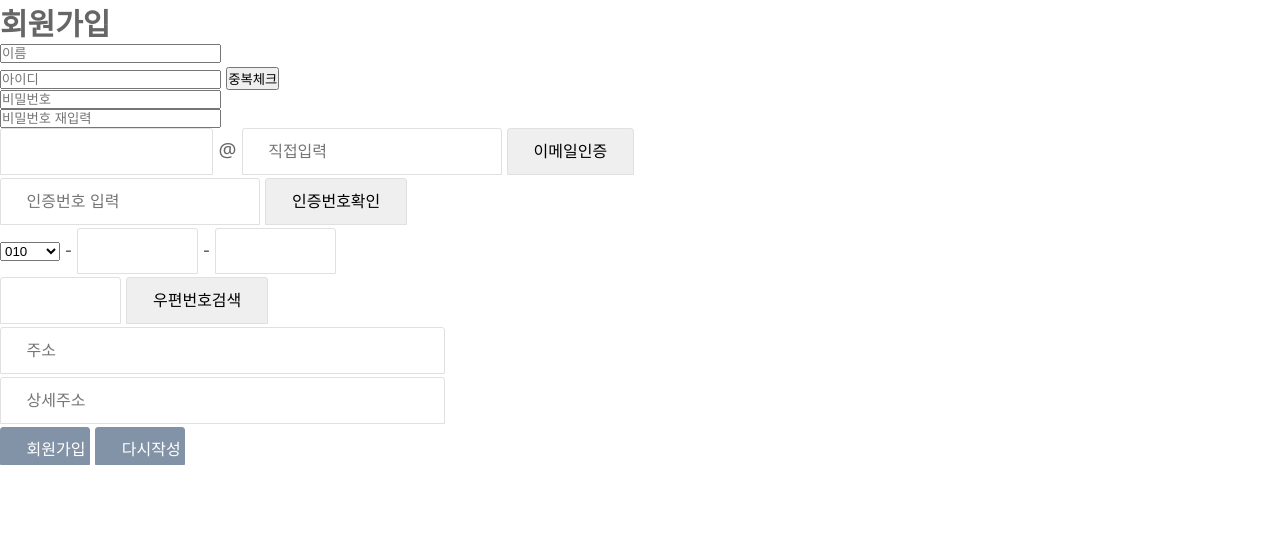
Repository: keepsus/gaebokchi
Page: http://localhost/uzuslime/member/memberWriteForm.jsp
The author's editor kept a copy of each file at every save. The page is drawn from the files as they stood at one save, then again after the next save.
The browser window is 1280 px wide. The pictures show the whole page.
Some web fonts or font styles are not loaded; a fallback is used. The page is served by Tomcat 9. Nobody is signed in. The application's start-up code is not run. Other server files are loaded and not shown.

Above is the page before, as saved 2021-01-31 02:43:45.

### uzuslime/src/main/webapp/member/memberWriteForm.jsp
<%@ page language="java" contentType="text/html; charset=UTF-8"
    pageEncoding="UTF-8"%>

<head>
    <meta charset="UTF-8">
    <meta name="viewport" content="width=device-width, initial-scale=1.0">
    <link rel="stylesheet" href="/slime/css/memberWriteForm.css">
    <link rel="preconnect" href="https://fonts.gstatic.com">
    <link href="https://fonts.googleapis.com/css2?family=Raleway:ital,wght@0,200;0,300;0,400;0,500;1,300;1,400&display=swap" rel="stylesheet">
    <title>Document</title>
</head>

<form name="memberWriteForm" method="post" action="/slime/member/write" class="writeForm">
	<div class="signUp-header">
	    <h2 class="signUp-header">회원가입</h2>
	</div>
	<article class="signUp-main">
	    <div class="signUp-name-form">
	        <input type="text" class="sign-name" id="signName" name="member_name" size="25" placeholder="이름">
	        <div id="nameDiv"></div>
	    </div>


	    <div class="signUp-id-form">
	        <input type="text" class="member_id" id="member_id" size="25" placeholder="아이디">
	        <input type="button" class="check-Btn" value="중복체크" id="checkBtn"><br>
	        <input type="hidden" id="check" value="">
	      <div id="idDiv"></div>

	    </div>


	    <div class="signUp-pwd-form">
	        <input type="password" class="sign-pwd" id="signPwd" name="member_pw" size="25" placeholder="비밀번호">
	        <div id="pwdDiv"></div>
	    </div>


	    <div class="signUp-rePwd-form">
	        <input type="password" class="sign-repwd" id="signRePwd" name="repw" size="25" placeholder="비밀번호 재입력">
	        <div id="repwdDiv"></div>
	    </div>


	    <div class="signUp-email-form">
	        <input type="text" class="sign-email1" name="email1" size="15">
	        @
	        <input type="email" class="sign-email2" name="email2" list="email2" placeholder="직접입력">
	        <datalist id="email2">
	            <option value="gmail.com">
	            <option value="naver.com">
	            <option value="hanmail.net">
	        </datalist>
	        <input type="button" class="email-Btn" value="이메일인증" id="emailBtn"><br>
	         <input type="text" class="check-email" name="check-email" placeholder="인증번호 입력">
	        <input type="button" class="email-check-Btn" value="인증번호확인" id="emailCheckBtn"><br>
	    </div>


	    <div class="signUp-phone-form">
	        <select name="tel1" class="sign-tel1" style="width: 60px;">
	            <option value="010">010
	            <option value="011">011
	            <option value="019">019
	        </select>
	         -
	         <input type="text" class="sign-tel2" name="tel2" size="5">
	         -
	         <input type="text" class="sign-tel3" name="tel3" size="5">
	    </div>


	    <div class="signUp-address-form">
	        <input type="text" class="sign-post" id="postcode" name="zipcode" size="5" readonly>
	        <input type="button" class="check-Post-Btn" value="우편번호검색" id="checkPostBtn"><br>
	        <input type="text" class="sign-address" id="address" name="addr1" size="40"  readonly placeholder="주소"><br>
	        <input type="text" class="sign-detail" id="detailAddress" name="addr2" size="40" placeholder="상세주소">
	    </div>


	    <div class="signUp-btn-box">
	        <input type="button" id="writeBtn" value="회원가입">
	        <input type="reset" value="다시작성">
	    </div>
	</article>

</form>
<script type="text/javascript" src="https://code.jquery.com/jquery-3.5.1.min.js"></script>	<!-- 위아래 순서가 바뀌면 안된다 -->
<script type="text/javascript" src="/slime/js/member.js?ver=1"></script>	<!-- 위아래 순서가 바뀌면 안된다 -->

### uzuslime/src/main/webapp/css/memberWriteForm.css
@charset "UTF-8";
* {
    margin: 0px;
    padding: 0px;
    box-sizing: border-box;
}

html {
    background-color: #fff;
    color: rgba(85, 85, 85, 0.897);
    font-family: 'Raleway','Noto Sans Korean','Apple SD Gothic Neo', 'Malgun Gothic','Nanum Gothic', 'Noto Sans','sans-serif';
    font-weight: 300px;
    font-size: 20px;
    text-rendering: optimizeLegibility;
    /* 반응형 웹사이트를 만드려고 기준으로 두었다. 폰트사이즈를 20px을 기본으로 주면 다른 태그에서 %를 사용해서 변경해주면
    폰트 사이즈를 바꿔줄때마다 웹사이트의 폰트 사이즈가 자동으로 바뀔 것이다. */
}

.modal-header{
	margin-botton: 8%;

}

.memberSignUpForm{
	text-align: center;
}

.input-text input{
    width: 70%;
    padding: 1% 2%;
    line-height: 1.2;
    border-radius: 3px 3px 0 0;
    border: 1px solid #e0e0e0;
    font-size: 80%;
    margin-bottom: 3px;
}

.emailBtn,.emailCheckBtn,.checkPostBtn{
    background-color: #fff;
    color: rgba(85, 85, 85, 0.897);
    border: 1px solid #e0e0e0;
    text-decoration: none;
    cursor: pointer;
    border-radius: 3px 3px 0 0;
}

.emailBtn,.emailCheckBtn,.checkPostBtn,.writeBtn:hover{
    transition: 0.4s;
    background-color: rgba(78, 76, 76, 0.678);
    color: white;
}

.signUp-email-form input {
	padding: 1% 2%;
    line-height: 1.2;
    border-radius: 3px 3px 0 0;
    border: 1px solid #e0e0e0;
    font-size: 80%;
    margin-bottom: 3px;
}

.signUp-phone-form input {
	padding: 1% 2%;
    line-height: 1.2;
    border-radius: 3px 3px 0 0;
    border: 1px solid #e0e0e0;
    font-size: 80%;
    margin-bottom: 3px;
}

.signUp-address-form input {
	padding: 1% 2%;
    line-height: 1.2;
    border-radius: 3px 3px 0 0;
    border: 1px solid #e0e0e0;
    font-size: 80%;
    margin-bottom: 3px;
}

.signUp-btn-box input{
	padding: 1% 2%;
    line-height: 1.2;
    border-radius: 3px 3px 0 0;
    border: 1px solid #8393a7;
    background-color: #8393a7;
    font-size: 80%;
    color :white;
    margin-bottom: 3px;
    width: 90px;
    height:38px;
    cursor:pointer;
}

### uzuslime/src/main/webapp/js/member.js
//로그인
$('#loginBtn').click(function(){
	$('#loginIdDiv').empty();
	$('#loginPwdDiv').empty();

	if($('#loginId').val()==''){
		$('#loginIdDiv').text('아이디를 입력')
						.css('color','red')
						.css('font-size','8pt')
						.css('font-weight','bold');

	}else if($('#loginPwd').val()==''){
		$('#loginPwdDiv').text('비밀번호를 입력')
						 .css('color','red')
						 .css('font-size','8pt')
						 .css('font-weight','bold');
	}else{
		$.ajax({
			type : 'post',
			url: '/slime/member/login',
			data: {'member_id': $('#loginId').val(), 'pwpwpw': $('#loginPwd').val()},

			dataType: 'text',
			success: function(data){
				if(data == 'success'){
					location.href = '/slime/index.jsp';

				}else if(data == 'fail'){

					alert('잘못된 정보입니다. 다시 입력해주세요.');
				}
			},//success
			error: function(err){
				console.log(err);
			}//error

		});//ajax
	}//else
});//click

//회원가입
$('#writeBtn').click(function(){
	$('#nameDiv').empty();
	$('#idDiv').empty();
	$('#pwdDiv').empty();
	$('#repwdDiv').empty();
	$('#emailDiv').empty();
	var idReg = /^[A-za-z0-9]/g;
	//아이디 한글못넣게 하는 것
	//[영문 대문자 또는 소문자로 시작하는 아이디, 끝날때 제한 없음]

	//if($('#name').val()==''){ -> 방법 1
	//if($('input[id=member_name]').val()==''){ -> 방법 2
	//id 속성이용은 2가지 방법 모두 가능
	if($('input[id=member_name]').val()==''){
		$('#nameDiv').text('이름을 입력하세요');
		$('#nameDiv').css('color','red');
		$('#nameDiv').css('font-size','8pt');
		$('#nameDiv').css('font-weight','bold');

	}else if($('#member_id').val()==''){	//id 속성이용
		$('#idDiv').text('아이디를 입력하세요');
		$('#idDiv').css('color','red');
		$('#idDiv').css('font-size','8pt');
		$('#idDiv').css('font-weight','bold');

	}else if( !idReg.test( $("input[id=member_id]").val() ) ){
		$('#idDiv').text('아이디는 영문자로 시작하는 6~20자 영문자 또는 숫자이어야 합니다.');
		$('#idDiv').css('color','red');
		$('#idDiv').css('font-size','8pt');
		$('#idDiv').css('font-weight','bold');

	}else if($('input[name=member_pw]').val()==''){
		$('#pwdDiv').text('비밀번호를 입력하세요')
		$('#pwdDiv').css('color','red')
		$('#pwdDiv').css('font-size','8pt')
		$('#pwdDiv').css('font-weight','bold');

	}else if($('input[name=repw]').val() != $('input[name=member_pw]').val()){
		$('#repwdDiv').text('비밀번호가 맞지 않습니다')
		$('#repwdDiv').css('color','red')
		$('#repwdDiv').css('font-size','8pt')
		$('#repwdDiv').css('font-weight','bold');

	}else if($('#member_id').val() != $('#check').val()){
		$('#idDiv').text('중복체크 하세요')
		$('#idDiv').css('color','red')
		$('#idDiv').css('font-size','8pt')
		$('#idDiv').css('font-weight','bold');

	}else if($('input[name=email1]').val()==''||$('input[name=email2]').val()==''){
		$('#emailDiv').text('이메일을 입력하세요')
		$('#emailDiv').css('color','red')
		$('#emailDiv').css('font-size','8pt')
		$('#emailDiv').css('font-weight','bold');

	}else{
		$('form[name=memberWriteForm]').submit();
	}
});

//중복 아이디 체크
$('#member_id').focusout(function(){
	if($('#member_id').val()==''){
		$('#idDiv').text('먼저 아이디를 입력하세요')
		$('#idDiv').css('color','magenta')
		$('#idDiv').css('font-size','8pt')
		$('#idDiv').css('font-weight','bold');

	}else{
		$.ajax({
			type: 'post',
			url: '/slime/member/checkId',
			data: 'member_id='+$('#member_id').val(),
			dataType: 'text',
			success: function(data){
				if(data == 'exist'){
					$('#idDiv').text('사용 불가능')
					$('#idDiv').css('color','magenta')
					$('#idDiv').css('font-size','8pt')
					$('#idDiv').css('font-weight','bold');

				}else if(data == 'non_exist'){
					$('#check').val($('#member_id').val());

					$('#idDiv').text('사용 가능')
					$('#idDiv').css('color','blue')
					$('#idDiv').css('font-size','8pt')
					$('#idDiv').css('font-weight','bold');
				}
			}
		});
	}
});

//우편번호
$('#checkPostBtn').click(function(){
	window.open("/slime/member/memberCheckPost", "zipcode", "width=700 height=500 scrollbars=yes");
});

$('#checkPostSearchBtn').click(function(){
	$.ajax({
		type: 'post',
		url: '/slime/member/checkPostSearch',
		data: $('#memberCheckPostForm').serialize(),	//serialize : '변수=값&변수=값'
		dataType: 'json',
		success: function(data){
			//alert(JSON.stringify(data));

			$('#checkPostTable tr:gt(2)').remove();

			$.each(data.list, function(index, items){
				var address = items.sido+' '
							+ items.sigungu+' '
							+ items.yubmyundong+' '
							+ items.ri+' '
							+ items.roadname+' '
							+ items.buildingname;

				address = address.replace(/null/g, '');

				$('<tr/>').append($('<td/>',{
					align: 'center',
					text: items.zipcode

				})).append($('<td/>',{
					colspan: '3',
					}).append($('<a/>',{
						href: '#',
						id: 'addressA',
						text: address
					}))
				).appendTo($('#checkPostTable'));
			});//each

			$('a').click(function(){
				//alert($(this).prop('tagName'));
				//alert($(this).parent().prev().text());

				$('#postcode', opener.document).val($(this).parent().prev().text());
				$('#address', opener.document).val($(this).text());
				$('#detailAddress', opener.document).focus();
				window.close();
			});
		},
		error: function(err){
			console.log(err);
		}
	});
});

//회원정보수정
$('#modifyBtn').click(function(){
	$('#nameDiv').empty();
	$('#pwdDiv').empty();
	$('#repwdDiv').empty();

	if($('#member_name').val()==''){
		$('#nameDiv').text('이름을 입력하세요');
		$('#nameDiv').css('color','red');
		$('#nameDiv').css('font-size','8pt');
		$('#nameDiv').css('font-weight','bold');

	}else if($('input[name=member_pw]').val()==''){
		$('#pwdDiv').text('비밀번호를 입력하세요')
		$('#pwdDiv').css('color','red')
		$('#pwdDiv').css('font-size','8pt')
		$('#pwdDiv').css('font-weight','bold');

	}else if($('input[name=repw]').val() != $('input[name=member_pw]').val()){
		$('#repwdDiv').text('비밀번호가 맞지 않습니다')
		$('#repwdDiv').css('color','red')
		$('#repwdDiv').css('font-size','8pt')
		$('#repwdDiv').css('font-weight','bold');

	}else{
		$.ajax({
			type: 'post',
			url: '/slime/member/modify',
			data: $('#memberModifyForm').serialize(),	//serialize : '변수=값&변수=값'
			success: function(){
				alert('회원정보수정 완료');
				location.href='/slime/mypage/myPageOrder.jsp';
			},
			error: function(err){
				console.log(err);
			}
		});
	}
});

//아이디 찾기
$('#searchBtn').click(function(){
	$.ajax({
		type: 'post',
		url: '/slime/member/memberIdSearch',
		data: $('#memberSearch').serialize(),
		dataType: 'text',
		success: function(data){
			alert("회원님의 ID는 "+data+" 입니다");
			location.href='/slime/index.jsp';
		},
		error: function(err){
			alert("틀린 정보입니다. 다시 확인해주세요.")
			console.log(err);
		}
	});
});


//이메일 인증 보내기
$('#emailBtn').click(function(){
	$('#emailDiv').empty();
	if($('input[name=email1]').val()==''||$('input[name=email2]').val()==''){
		$('#emailDiv').text('이메일을 입력하세요');
		$('#emailDiv').css('color','red');
		$('#emailDiv').css('font-size','8pt');
		$('#emailDiv').css('font-weight','bold');

	}else{
		$.ajax({
			type: 'post',
			url: '/slime/member/sendEmail',
			data: 'e_mail='+$('#email1').val()+'@'+$('#email2').val(),
			dataType: 'json',
			success: function(data){
				$('#emailDiv').text('이메일이 발송되었습니다. 인증번호를 입력헤주세요');
				$('#emailDiv').css('color','red');
				$('#emailDiv').css('font-size','8pt');
				$('#emailDiv').css('font-weight','bold');
				console.log('이메일 data ='+ JSON.stringify(data));//data가 들어오는것인가?이상한게 찍힌다.
				$('#checkEmailR').val(data.dice);//받은 인증번호를 jsp에 있는 hidden 속성에 넣어주기
			},
			error: function(err){
				console.log(err);
			}
		});
	}

});


//이메일 인증번호 확인
$('#emailCheckBtn').click(function(){
	$('#emailDiv').empty();

	if($('input[id=checkEmail]').val()==''){
		$('#emailDiv').text('이메일 인증번호를 입력해주세요 ')
		$('#emailDiv').css('color','magenta')
		$('#emailDiv').css('font-size','8pt')
		$('#emailDiv').css('font-weight','bold');

	}else{
		if
		(document.getElementById('checkEmail').value == document.getElementById('checkEmailR').value){
			$('#emailDiv').text('인증되었습니다.')
			$('#emailDiv').css('color','magenta')
			$('#emailDiv').css('font-size','8pt')
			$('#emailDiv').css('font-weight','bold');
		}else if
		(document.getElementById('checkEmail').value != document.getElementById('checkEmailR').value){
			$('#emailDiv').text('인증번호가 맞지 않습니다.')
			$('#emailDiv').css('color','magenta')
			$('#emailDiv').css('font-size','8pt')
			$('#emailDiv').css('font-weight','bold');
		}
	}

});

After the next save:
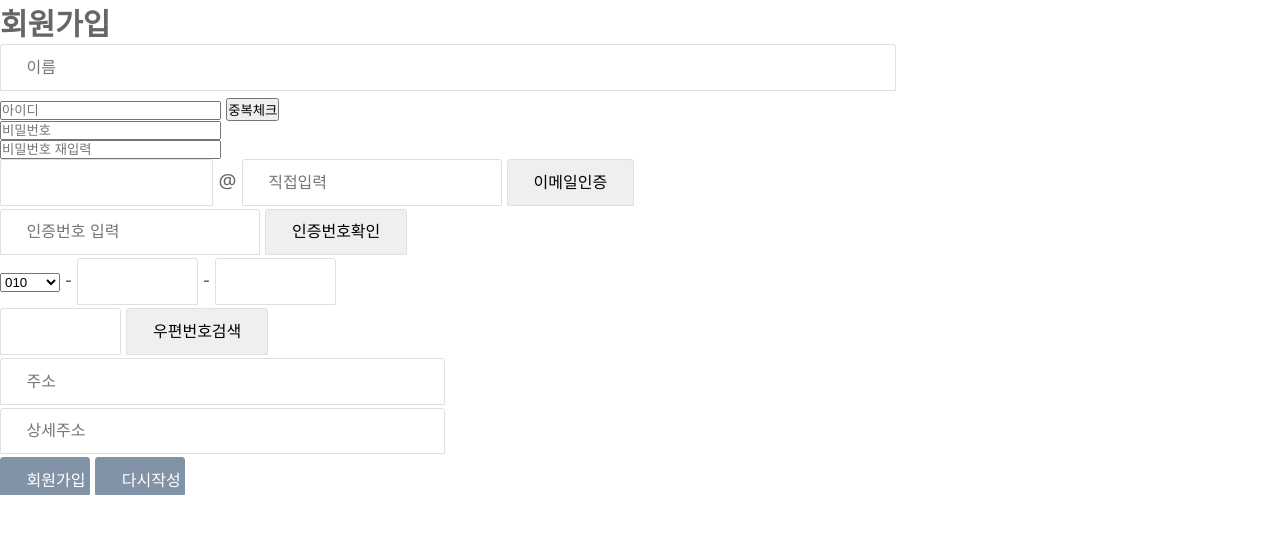
Saved 52 s later.
--- a/uzuslime/src/main/webapp/member/memberWriteForm.jsp
+++ b/uzuslime/src/main/webapp/member/memberWriteForm.jsp
@@ -15,7 +15,7 @@
 	    <h2 class="signUp-header">회원가입</h2>
 	</div>
 	<article class="signUp-main">
-	    <div class="signUp-name-form">
+	    <div class="input-text">
 	        <input type="text" class="sign-name" id="signName" name="member_name" size="25" placeholder="이름">
 	        <div id="nameDiv"></div>
 	    </div>
